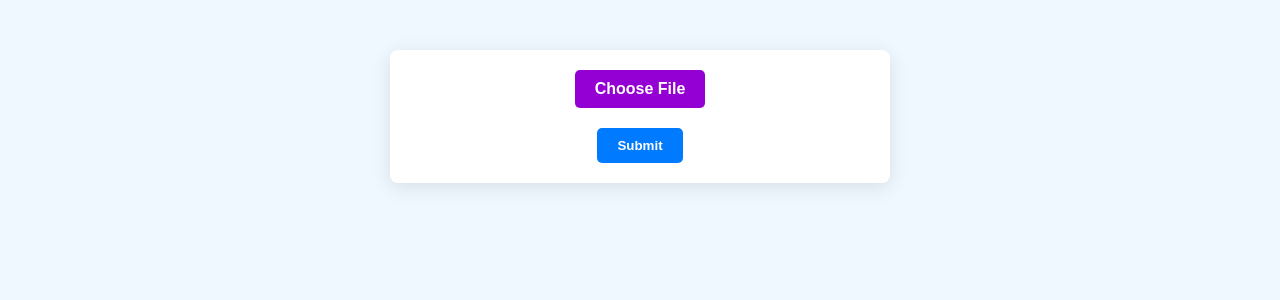
Repository: Muskan1Kumari4draw/React-app-with-concept
Page: /
The author's editor kept a copy of each file at every save. The page is drawn from the files as they stood at one save, then again after the next save.
The browser window is 1280 px wide. The pictures show the whole page.
The pointer rests on the first visible `.label`.
The project was rebuilt for these pictures with package versions that can differ from the ones it lists, and the page was loaded fresh each time.

Above is the page before, as saved 2024-10-22 11:42:19.

After the next save:
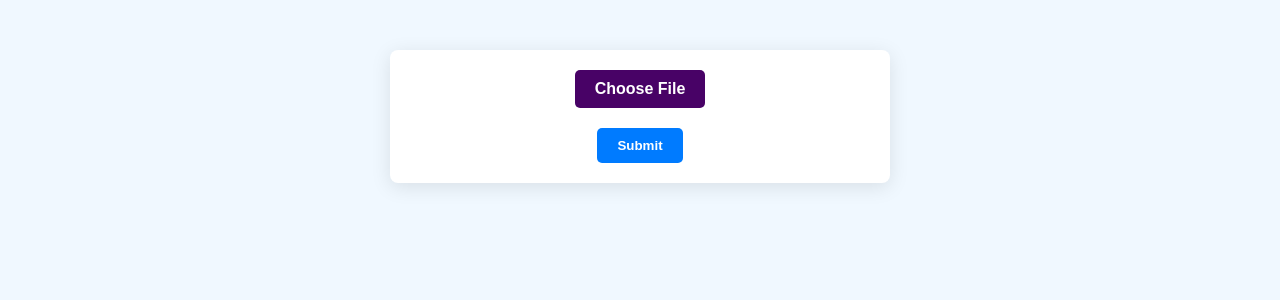
Saved 16 s later.
--- a/src/component/File-upload/style.css
+++ b/src/component/File-upload/style.css
@@ -41,7 +41,7 @@ input[type="file"] {
 }
 
 .label:hover {
-  background-color: darkviolet;
+  background-color: rgb(72, 2, 102);
 }
 
 button {
